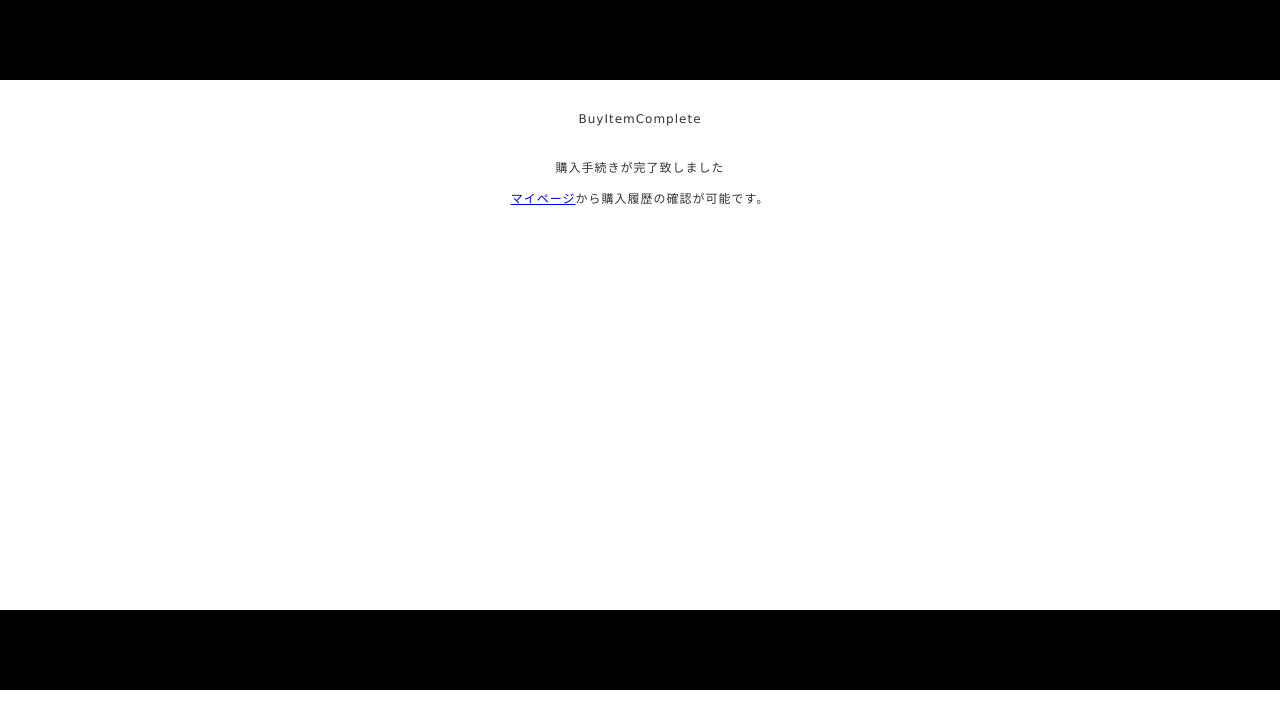
Repository: naoshima1109/test
Page: http://localhost/template/buyItemComplete.jsp
The author's editor kept a copy of each file at every save. The page is drawn from the files as they stood at one save, then again after the next save.
The browser window is 1280 px wide. The pictures show the whole page.
The page is served by Tomcat 9. Other server files are loaded and not shown.

Above is the page before, as saved 2019-05-24 04:14:30.

### template/WebContent/buyItemComplete.jsp
<%@ page language="java" contentType="text/html; charset=UTF-8"
    pageEncoding="UTF-8"%>
<%@ taglib prefix="s" uri="/struts-tags" %>
<!DOCTYPE html>
<html>
<head>
	<meta http-equiv="Content-Type" content="text/html; charset=utf-8"/>
	<meta http-equiv="Content-Style-Type" content="text/css"/>
	<meta http-equiv="Content-Script-Type" content="text/javascript"/>
	<meta http-equiv="imagetoolbar" content="no"/>
	<meta http-equiv="description" content=""/>
	<meta http-equiv="keywords" content=""/>
<title>buyItemComplete画面</title>


	<style type="text/css">
	/*========TAG OUT========*/
	body{
	margin:0;
	padding:0;
	line-height:1.6;
	letter-spacing:1px;
	font-family:Verdana,Helvetica,sans-serif;
	font-size:12px;
	color:#333;
	background:#fff;
	}

	table{
	text-align:center;
	margin:0 auto;
	}

	/*========ID LAYOUT========*/
	#top{
	width:780px;
	margin:30px auto;
	boeder:1px solid #333;
	}

	#header{
	width:100%;
	height:80px;
	background-color: black;
	}

	#main{
	width:100%;
	height:500px;
	text-align:center;
	}
	#footer{
	width:100%;
	height:80px;
	background-color:black;
	clear:both;
	}
</style>

</head>
<body>

	<div id="header">
		<div id="pr">
		</div>
	</div>

	<div id="main">
		<div id="top">
			<p>BuyItemComplete</p>
		</div>
		<div>
			<p>購入手続きが完了致しました</p>
			<div>
				<a href='<s:url action="MyPageAction"/>'>マイページ</a><span>から購入履歴の確認が可能です。</span>
			</div>
		</div>
	</div>

	<div id="footer">
		<div id="pr">
		</div>
	</div>
</body>
</html>

After the next save:
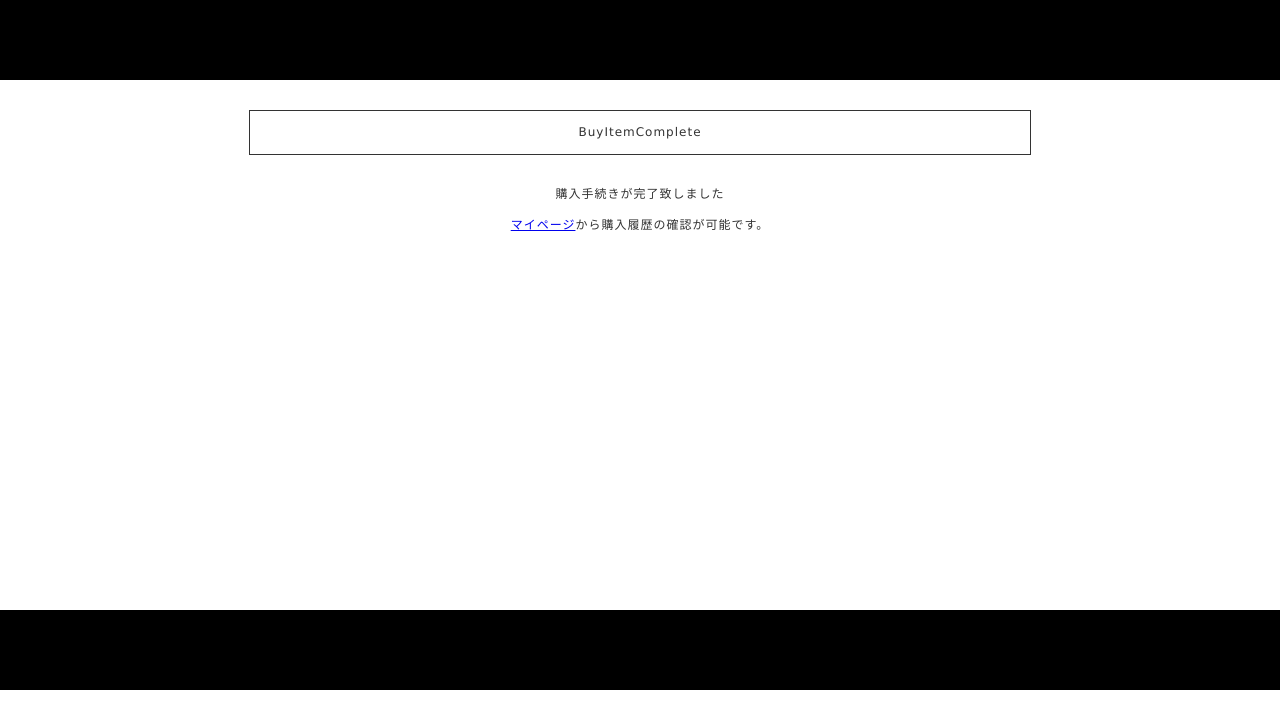
Saved 2 min 50 s later.
--- a/template/WebContent/buyItemComplete.jsp
+++ b/template/WebContent/buyItemComplete.jsp
@@ -35,7 +35,7 @@
 	#top{
 	width:780px;
 	margin:30px auto;
-	boeder:1px solid #333;
+	border:1px solid #333;
 	}
 
 	#header{
@@ -72,7 +72,8 @@
 		<div>
 			<p>購入手続きが完了致しました</p>
 			<div>
-				<a href='<s:url action="MyPageAction"/>'>マイページ</a><span>から購入履歴の確認が可能です。</span>
+				<a href='<s:url action="MyPageAction"/>'>
+				マイページ</a><span>から購入履歴の確認が可能です。</span>
 			</div>
 		</div>
 	</div>
